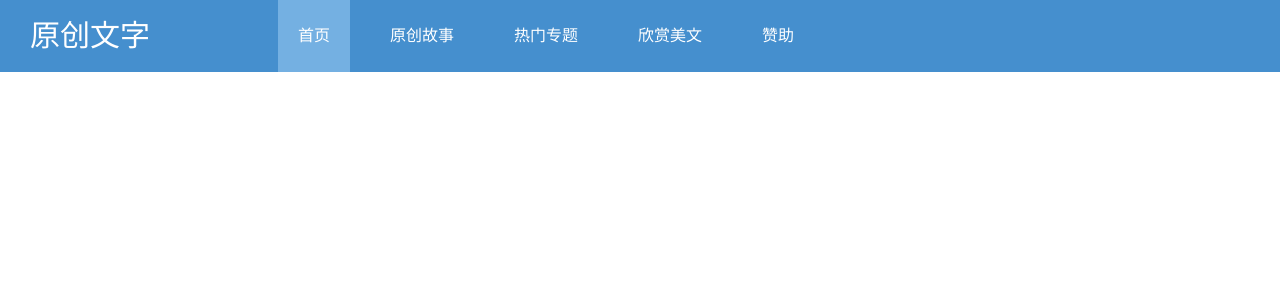
Repository: equation-zheng/Article
Page: http://localhost/Idles/
An editor plug-in stored every save of this project. The page is shown before and after the next save, followed by the edit.
The browser window is 1280 px wide. The pictures show the whole page.
The pointer rests on the first visible `.header ul li`.
The page is served by Tomcat 9.

Above is the page before, as saved 2017-12-05 10:19:44.

After the next save:
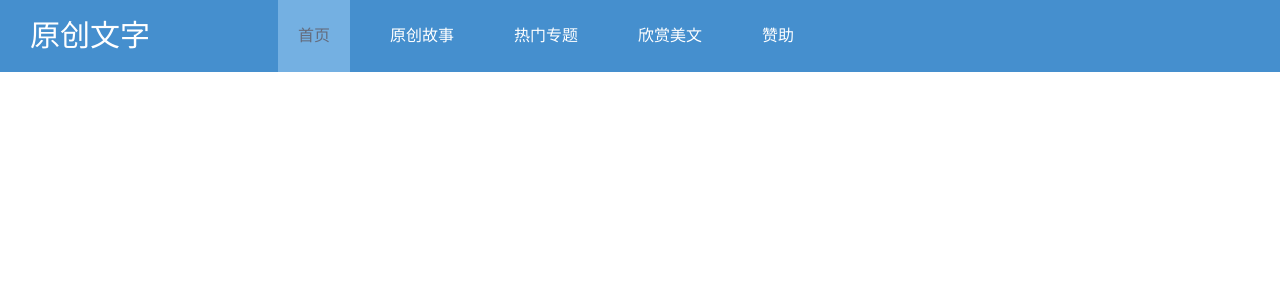
Saved 32 s later.
--- a/Service/apache-tomcat-7.0.82/Idles/WebContent/index.jsp
+++ b/Service/apache-tomcat-7.0.82/Idles/WebContent/index.jsp
@@ -42,6 +42,7 @@
 	}
 	.header ul li:hover{
 		background: #74b0e2;
+		color: #646C7D;
 	}
 
 </style>
